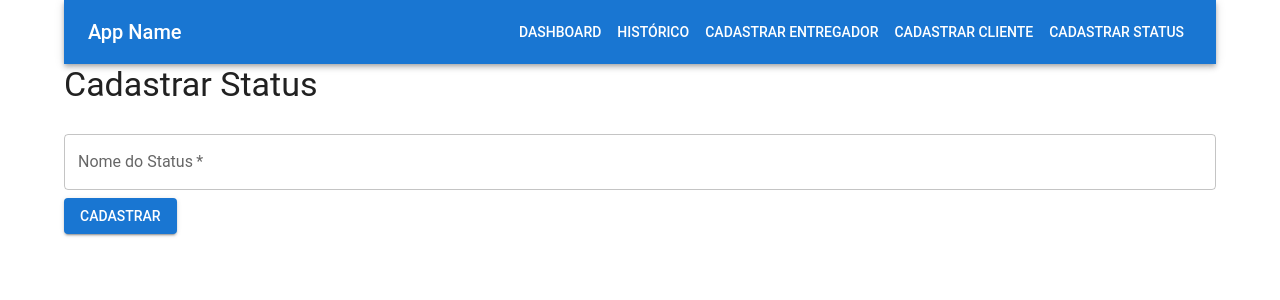
Repository: feliperanon/mobilegestao
Page: /add-status (app in frontend/)
An editor plug-in stored every save of this project. The page is shown before and after a run of saves, followed by the edit.
The browser window is 1280 px wide. The pictures show the whole page.
The project was rebuilt for these pictures with package versions that can differ from the ones it lists, and the page was loaded fresh each time. Also part of the build but not shown: frontend/webpack.config.js, frontend/src/pages/Home.js, frontend/src/pages/History.js, frontend/src/pages/Analysis.js, frontend/src/components/Dashboard.js, frontend/src/components/Login.js, frontend/src/components/Register.js, frontend/src/components/AddEntregador.js and 1 more.

Above is the page before, as saved 2024-07-14 19:33:21.

### frontend/public/index.html
<!-- frontend/public/index.html -->

<!DOCTYPE html>
<html lang="en">
<head>
    <meta charset="UTF-8">
    <meta name="viewport" content="width=device-width, initial-scale=1.0">
    <title>Mobile Gestão</title>
</head>
<body>
    <div id="root"></div>
</body>
</html>

### frontend/src/index.js
// frontend/src/index.js

import React from 'react';
import ReactDOM from 'react-dom';
import { BrowserRouter as Router } from 'react-router-dom';
import { ThemeProvider, createTheme } from '@mui/material/styles';
import CssBaseline from '@mui/material/CssBaseline';
import App from './App';

const theme = createTheme({
  palette: {
    primary: {
      main: '#1976d2',
    },
    secondary: {
      main: '#dc004e',
    },
  },
  typography: {
    fontFamily: 'Roboto, Arial, sans-serif',
  },
});

const rootElement = document.getElementById('root');

const render = (Component) => {
  ReactDOM.render(
    <ThemeProvider theme={theme}>
      <CssBaseline />
      <Router>
        <Component />
      </Router>
    </ThemeProvider>,
    rootElement
  );
};

render(App);

if (module.hot) {
  module.hot.accept('./App', () => {
    const NextApp = require('./App').default;
    render(NextApp);
  });
}

### frontend/src/App.js
// frontend/src/App.js

import React from 'react';
import { BrowserRouter as Router, Route, Switch } from 'react-router-dom';
import { ThemeProvider, createTheme } from '@mui/material/styles';
import CssBaseline from '@mui/material/CssBaseline';
import Home from './pages/Home';
import History from './pages/History';
import Analysis from './pages/Analysis';
import Dashboard from './components/Dashboard';
import Login from './components/Login';
import Register from './components/Register';
import AddEntregador from './components/AddEntregador';
import AddCliente from './components/AddCliente';
import AddStatus from './components/AddStatus';

const theme = createTheme({
  palette: {
    primary: {
      main: '#1976d2',
    },
    secondary: {
      main: '#dc004e',
    },
  },
  typography: {
    fontFamily: 'Roboto, Arial, sans-serif',
  },
});

const App = () => (
  <ThemeProvider theme={theme}>
    <CssBaseline />
    <Router>
      <Switch>
        <Route path="/" exact component={Home} />
        <Route path="/login" component={Login} />
        <Route path="/register" component={Register} />
        <Route path="/dashboard" component={Dashboard} />
        <Route path="/history" component={History} />
        <Route path="/analysis" component={Analysis} />
        <Route path="/add-entregador" component={AddEntregador} />
        <Route path="/add-cliente" component={AddCliente} />
        <Route path="/add-status" component={AddStatus} />
      </Switch>
    </Router>
  </ThemeProvider>
);

export default App;

### frontend/src/components/AddStatus.js
// frontend/src/components/AddStatus.js

import React, { useState } from 'react';
import axios from 'axios';
import {
  Container,
  Typography,
  TextField,
  Button,
  Box
} from '@mui/material';
import Navigation from './Navigation';

const AddStatus = () => {
  const [name, setName] = useState('');

  const handleSubmit = async (e) => {
    e.preventDefault();
    try {
      await axios.post('http://localhost:5008/api/lists/status', { nome: name });
      setName('');
    } catch (err) {
      console.error('Erro ao adicionar status', err);
    }
  };

  return (
    <Container>
      <Navigation />
      <Typography variant="h4" component="h1" gutterBottom>
        Cadastrar Status
      </Typography>
      <Box component="form" onSubmit={handleSubmit} sx={{ mb: 4 }}>
        <TextField
          label="Nome do Status"
          value={name}
          onChange={(e) => setName(e.target.value)}
          fullWidth
          required
          margin="normal"
        />
        <Button type="submit" variant="contained" color="primary">
          Cadastrar
        </Button>
      </Box>
    </Container>
  );
};

export default AddStatus;

### frontend/src/components/Navigation.js
// frontend/src/components/Navigation.js

import React from 'react';
import { Link } from 'react-router-dom';
import { AppBar, Toolbar, Typography, Button } from '@mui/material';

const Navigation = () => {
  return (
    <AppBar position="static">
      <Toolbar>
        <Typography variant="h6" sx={{ flexGrow: 1 }}>
          App Name
        </Typography>
        <Button color="inherit" component={Link} to="/dashboard">Dashboard</Button>
        <Button color="inherit" component={Link} to="/history">Histórico</Button>
        <Button color="inherit" component={Link} to="/add-entregador">Cadastrar Entregador</Button>
        <Button color="inherit" component={Link} to="/add-cliente">Cadastrar Cliente</Button>
        <Button color="inherit" component={Link} to="/add-status">Cadastrar Status</Button>
      </Toolbar>
    </AppBar>
  );
};

export default Navigation;

After the next 2 saves:
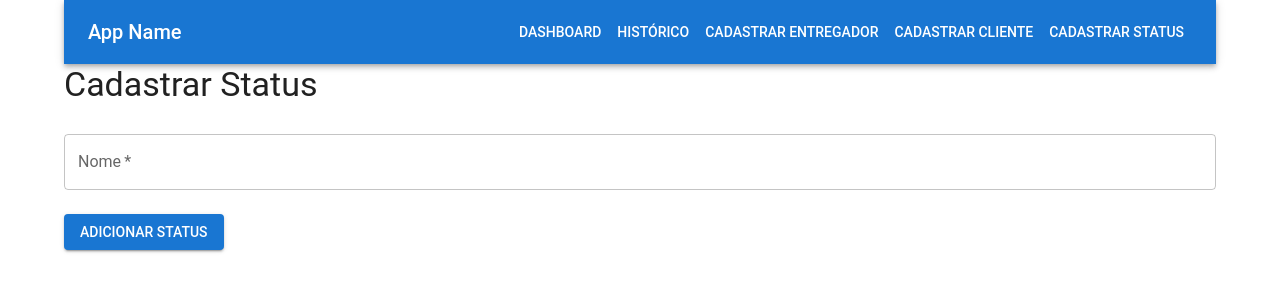
The 2 saves are shown as one change because 1 did not build or start.
The last was saved 21 s later.
--- a/frontend/src/components/AddStatus.js
+++ b/frontend/src/components/AddStatus.js
@@ -2,23 +2,17 @@
 
 import React, { useState } from 'react';
 import axios from 'axios';
-import {
-  Container,
-  Typography,
-  TextField,
-  Button,
-  Box
-} from '@mui/material';
+import { Container, Typography, TextField, Button, Box } from '@mui/material';
 import Navigation from './Navigation';
 
 const AddStatus = () => {
-  const [name, setName] = useState('');
+  const [nome, setNome] = useState('');
 
   const handleSubmit = async (e) => {
     e.preventDefault();
     try {
-      await axios.post('http://localhost:5008/api/lists/status', { nome: name });
-      setName('');
+      await axios.post('http://localhost:5008/api/lists/status', { nome });
+      setNome('');
     } catch (err) {
       console.error('Erro ao adicionar status', err);
     }
@@ -32,15 +26,15 @@ const AddStatus = () => {
       </Typography>
       <Box component="form" onSubmit={handleSubmit} sx={{ mb: 4 }}>
         <TextField
-          label="Nome do Status"
-          value={name}
-          onChange={(e) => setName(e.target.value)}
+          label="Nome"
+          value={nome}
+          onChange={(e) => setNome(e.target.value)}
           fullWidth
           required
           margin="normal"
         />
-        <Button type="submit" variant="contained" color="primary">
-          Cadastrar
+        <Button type="submit" variant="contained" color="primary" sx={{ mt: 2 }}>
+          Adicionar Status
         </Button>
       </Box>
     </Container>
